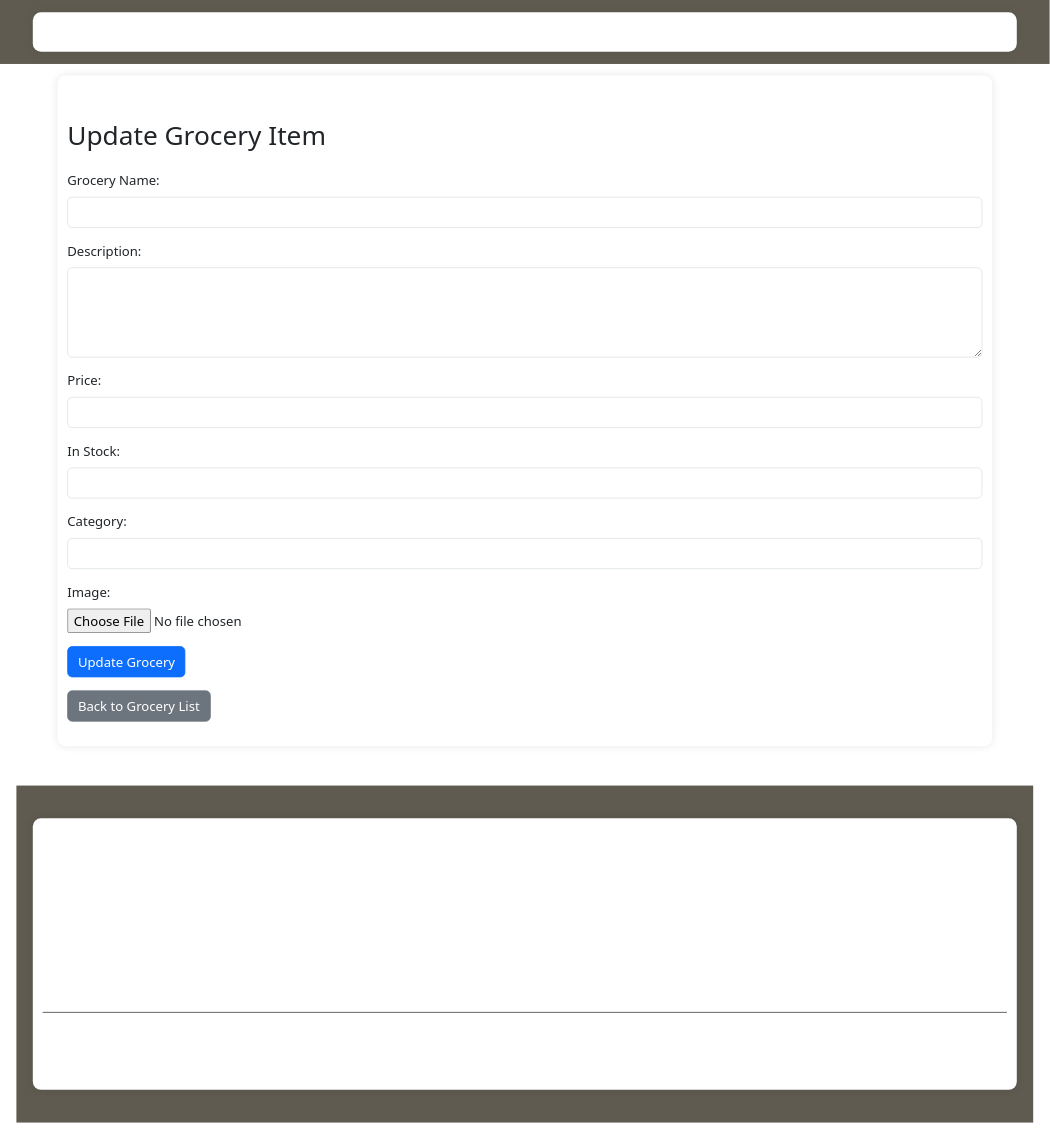
Repository: NagaMounikaY/GroceriesSubscriptionBookingManagement
Page: http://localhost/GroceriesSubBookingSystem/WEB-INF/views/update-grocery.jsp
The author's editor kept a copy of each file at every save. The page is drawn from the files as they stood at one save, then again after the next save.
The browser window is 1280 px wide. The pictures show the whole page, at 82% of full size.
The page is served by Tomcat 9. Nobody is signed in. Other server files are loaded and not shown. The template is opened directly, without the code that normally fills it, so the values that code supplies are empty.

Above is the page before, as saved 2024-09-17 04:58:54.

### GroceriesSubBookingSystem/src/main/webapp/WEB-INF/views/update-grocery.jsp
<%@ page language="java" contentType="text/html; charset=ISO-8859-1"
    pageEncoding="ISO-8859-1" isELIgnored="false"%>
<%@ taglib uri="http://java.sun.com/jsp/jstl/core" prefix="c" %>
<!DOCTYPE html>
<html>
<head>
    <title>Update Grocery</title>
    <link href="https://stackpath.bootstrapcdn.com/bootstrap/4.5.2/css/bootstrap.min.css" rel="stylesheet">
    <style>
        body {
            padding: 20px;
            background-color: #f8f9fa;
        }
        .container {
            background-color: #ffffff;
            padding: 30px;
            border-radius: 10px;
            box-shadow: 0 0 10px rgba(0, 0, 0, 0.1);
        }
        .form-group img {
            max-width: 200px;
            margin-top: 10px;
        }
        .btn-primary {
            background-color: #007bff;
            border-color: #007bff;
        }
        .btn-primary:hover {
            background-color: #0056b3;
            border-color: #004085;
        }
        .btn-secondary {
            background-color: #6c757d;
            border-color: #6c757d;
        }
        .btn-secondary:hover {
            background-color: #5a6268;
            border-color: #545b62;
        }
        .alert-info {
            background-color: #d1ecf1;
            border-color: #bee5eb;
            color: #0c5460;
        }
    </style>
</head>
<body>
<jsp:include page="/sellerHeader.jsp"></jsp:include>
<br><br><br>
    <div class="container">
        <h2 class="my-4">Update Grocery Item</h2>

        <form action="${pageContext.request.contextPath}/groceries/edit" method="post" enctype="multipart/form-data">
            <input type="hidden" name="id" value="${grocery.grocery_id}">
            <div class="form-group">
                <label for="groceryName">Grocery Name:</label>
                <input type="text" class="form-control" id="groceryName" name="groceryName" value="${grocery.groceryName}" required>
            </div>
            <div class="form-group">
                <label for="description">Description:</label>
                <textarea class="form-control" id="description" name="description" rows="4" required>${grocery.description}</textarea>
            </div>
            <div class="form-group">
                <label for="grocery_price">Price:</label>
                <input type="text" class="form-control" id="grocery_price" name="grocery_price" value="${grocery.grocery_price}" required>
            </div>
            <div class="form-group">
                <label for="in_stock">In Stock:</label>
                <input type="number" class="form-control" id="in_stock" name="in_stock" value="${grocery.in_stock}" required>
            </div>
            <div class="form-group">
                <label for="category_id">Category:</label>
                <select class="form-control" id="category_id" name="category_id" required>
                    <c:forEach items="${categories}" var="category">
                        <option value="${category.category_id}" <c:if test="${category.category_id == grocery.category.category_id}">selected</c:if>>${category.category_name}</option>
                    </c:forEach>
                </select>
            </div>
            <div class="form-group">
                <label for="imageURL">Image:</label>
                <input type="file" class="form-control-file" id="imageURL" name="imageURL">
                <c:if test="${not empty grocery.imageURL}">
                    <p>Current Image: <img src="${pageContext.request.contextPath}/uploaded/${grocery.imageURL}" alt="Grocery Image"></p>
                </c:if>
            </div>
            <button type="submit" class="btn btn-primary">Update Grocery</button>
        </form>

        <c:if test="${not empty message}">
            <div class="alert alert-info mt-3">${message}</div>
        </c:if>

        <a href="${pageContext.request.contextPath}/groceries/list" class="btn btn-secondary mt-3">Back to Grocery List</a>
    </div>

    <script src="https://code.jquery.com/jquery-3.5.1.slim.min.js"></script>
    <script src="https://cdn.jsdelivr.net/npm/@popperjs/core@2.9.2/dist/umd/popper.min.js"></script>
    <script src="https://stackpath.bootstrapcdn.com/bootstrap/4.5.2/js/bootstrap.min.js"></script>
    <br><br>
    <jsp:include page="/footer.jsp"></jsp:include>
</body>
</html>

### GroceriesSubBookingSystem/src/main/webapp/sellerHeader.jsp
<%@ page language="java" contentType="text/html; charset=ISO-8859-1"
	pageEncoding="ISO-8859-1" isELIgnored="false"%>
<!DOCTYPE html PUBLIC "-//W3C//DTD HTML 4.01 Transitional//EN" "http://www.w3.org/TR/html4/loose.dtd">
<html>
<head>
<meta http-equiv="Content-Type" content="text/html; charset=ISO-8859-1">
<title>Courier Booking System</title>
<link
	href="https://stackpath.bootstrapcdn.com/bootstrap/5.3.0/css/bootstrap.min.css"
	rel="stylesheet">
<link rel="stylesheet"
	href="https://cdnjs.cloudflare.com/ajax/libs/font-awesome/4.7.0/css/font-awesome.min.css">
<style>
/* Header */
header {
	background:rgba(56, 51, 37, 0.8);
	color: #fff;
	padding: 15px 0;
	position: fixed;
	width: 100%;
	top: 0;
	left: 0;
	z-index: 1000;
}

header .container {
	display: flex;
	justify-content: space-between;
	align-items: center;
	max-width: 1200px;
	margin: 0 auto;
	padding: 0 20px;
}

header .logo {
	font-size: 2em; /* Increased size for the logo */
	font-weight: bold;
}

header nav ul {
	list-style: none;
	display: flex;
	margin: 0;
}

header nav ul li {
	margin-left: 20px;
}

header nav ul li a {
	color: #fff;
	text-decoration: none;
	padding: 10px 15px; /* Increased padding for better click area */
	font-size: 1.2em; /* Increased font size for navigation links */
	border-radius: 5px;
}

header nav ul li a:hover {
	background: #dd4545;
}
</style>
</head>
<body>
	<!-- Header -->
	<header>
	<div class="container">
		<div class="logo">
			Grocery Store
		</div>
		<nav>
		<ul>
			<li><a href="${pageContext.request.contextPath}/home.jsp"><strong>Home</strong></a></li>
			<li><a href="${pageContext.request.contextPath}/groceries/add"><strong>Item</strong></a></li>
			<li><a href="${pageContext.request.contextPath}/groceries/list"><strong>Menu</strong></a></li>
			<li><a
				href="${pageContext.request.contextPath}/subscription/allsubscriptions"><strong>Subscriptions</strong></a></li>
			<li><a href="${pageContext.request.contextPath}/orders/viewOrders"><strong>Orders</strong></a></li>
			<li><a
				href="${pageContext.request.contextPath}/categories/add"><strong>Categories</strong></a></li>

			<li><a href="${pageContext.request.contextPath}/home.jsp"><strong>Logout</strong></a></li>
		</ul>
		</nav>
	</div>
	</header>

	<script src="https://code.jquery.com/jquery-3.5.1.slim.min.js"></script>
	<script
		src="https://cdn.jsdelivr.net/npm/@popperjs/core@2.11.6/dist/umd/popper.min.js"></script>
	<script
		src="https://stackpath.bootstrapcdn.com/bootstrap/5.3.0/js/bootstrap.bundle.min.js"></script>

</body>
</html>

### GroceriesSubBookingSystem/src/main/webapp/footer.jsp
<%@ page language="java" contentType="text/html; charset=ISO-8859-1"
    pageEncoding="ISO-8859-1" isELIgnored="false"%>
<!DOCTYPE html>
<html>
<head>
<meta http-equiv="Content-Type" content="text/html; charset=ISO-8859-1">
<title>Insert title here</title>
<link href="https://stackpath.bootstrapcdn.com/bootstrap/5.3.0/css/bootstrap.min.css" rel="stylesheet">
<link rel="stylesheet" href="https://cdnjs.cloudflare.com/ajax/libs/font-awesome/6.0.0-beta3/css/all.min.css">
<style>
/* Features Section */
.features {
    padding: 60px 20px;
    background: #f9f9f9;
}

.features h2 {
    text-align: center;
    margin-bottom: 40px;
}

.feature-cards {
    display: flex;
    justify-content: space-around;
    flex-wrap: wrap;
}

.feature-card {
    background: #fff;
    border-radius: 8px;
    box-shadow: 0 4px 8px rgba(0,0,0,0.1);
    padding: 20px;
    width: 22%;
    text-align: center;
    margin-bottom: 20px;
}

.feature-card img {
    max-width: 50px;
    margin-bottom: 10px;
}

.feature-card h3 {
    margin: 10px 0;
    font-size: 1.2em;
}

.feature-card p {
    color: #666;
}

/* Footer */
footer {
    background: rgba(56, 51, 37, 0.8);
    color: #fff;
    padding: 40px 20px;
}

footer .container {
    max-width: 1200px;
    margin: 0 auto;
}

.footer-top {
    display: flex;
    justify-content: space-between;
    flex-wrap: wrap;
    margin-bottom: 20px;
}

.footer-top div {
    flex: 1;
    margin: 10px;
}

.footer-top h3 {
    margin-bottom: 15px;
    font-size: 1.2em;
}

.footer-top ul {
    list-style: none;
    padding: 0;
}

.footer-top ul li {
    margin-bottom: 10px;
}

.footer-top ul li a {
    color: #fff;
    text-decoration: none;
}

.footer-top ul li a:hover {
    text-decoration: underline;
}

.footer-contact p,
.footer-social a {
    margin: 5px 0;
}

.footer-social {
    display: flex;
    align-items: center;
}

.footer-social a {
    color: #fff;
    text-decoration: none;
    margin-right: 15px;
    font-size: 1.5em;
}

.footer-social a:hover {
    text-decoration: underline;
}

.footer-newsletter form {
    display: flex;
    justify-content: center;
    margin-top: 10px;
}

.footer-newsletter input {
    padding: 10px;
    border-radius: 5px;
    border: none;
    width: 250px;
    margin-right: 10px;
}

.footer-newsletter button {
    padding: 10px 20px;
    border-radius: 5px;
    border: none;
    background: #007BFF;
    color: #fff;
    font-weight: bold;
    cursor: pointer;
}

.footer-bottom {
    text-align: center;
    padding-top: 20px;
    border-top: 1px solid #444;
}

.footer-bottom p {
    margin: 10px 0;
}
</style>
</head>
<body>
    <!-- Footer -->
    <footer>
        <div class="container">
            <div class="footer-top">
                <div class="footer-links">
                    <h3>Quick Links</h3>
                    <ul>
                        <li><a href="${pageContext.request.contextPath}/home.jsp">Home</a></li>
                        <li><a href="${pageContext.request.contextPath}/services.jsp">Services</a></li>
                        <li><a href="${pageContext.request.contextPath}/contact.jsp">Contact Us</a></li>
                    </ul>
                </div>
                <div class="footer-contact">
                    <h3>Contact Us</h3>
                    <p>Phone: 789054321</p>
                    <p>Email:GroceryStore@gmail.com</p>
                    <p>Address: Bengaluru</p>
                </div>
                <div class="footer-social">
                    <h3>Follow Us:</h3>
                    <br><br>
                    <a href="" class="fab fa-facebook-f"></a>
                    <a href="#" class="fab fa-twitter"></a>
                    <a href="#" class="fab fa-instagram"></a>
                </div>
                <div class="footer-newsletter">
                    <h3>Newsletter</h3>
                    <p>Subscribe to our newsletter for updates and offers.</p>
                    <p>for maintaining and managing the couriers</p>
                </div>
            </div>
            <div class="footer-bottom">
                <p>&copy; 2024 [Grocery Store]. All rights reserved.</p>
            </div>
        </div>
    </footer>
    <!-- Footer -->
</body>
</html>

After the next save:
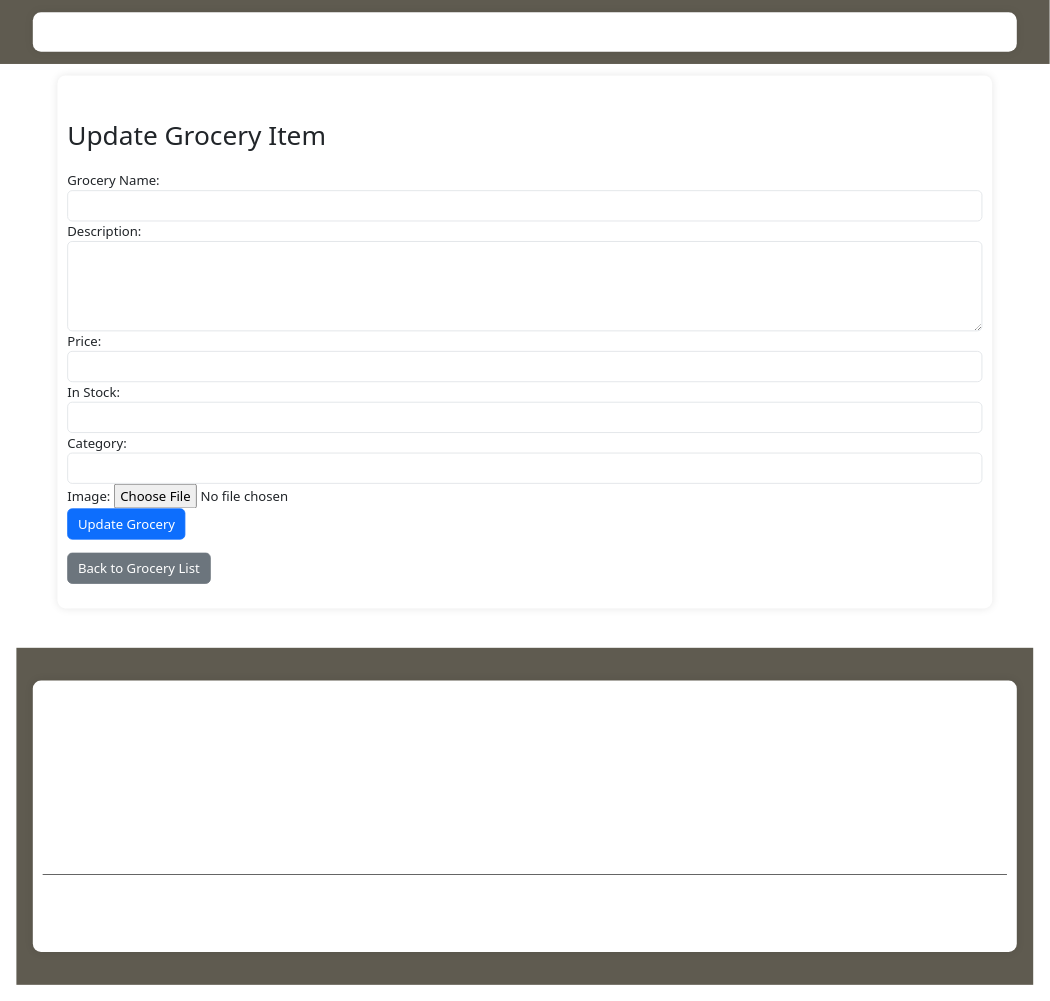
Saved 30 s later.
--- a/GroceriesSubBookingSystem/src/main/webapp/WEB-INF/views/update-grocery.jsp
+++ b/GroceriesSubBookingSystem/src/main/webapp/WEB-INF/views/update-grocery.jsp
@@ -5,7 +5,6 @@
 <html>
 <head>
     <title>Update Grocery</title>
-    <link href="https://stackpath.bootstrapcdn.com/bootstrap/4.5.2/css/bootstrap.min.css" rel="stylesheet">
     <style>
         body {
             padding: 20px;

After the save that followed:
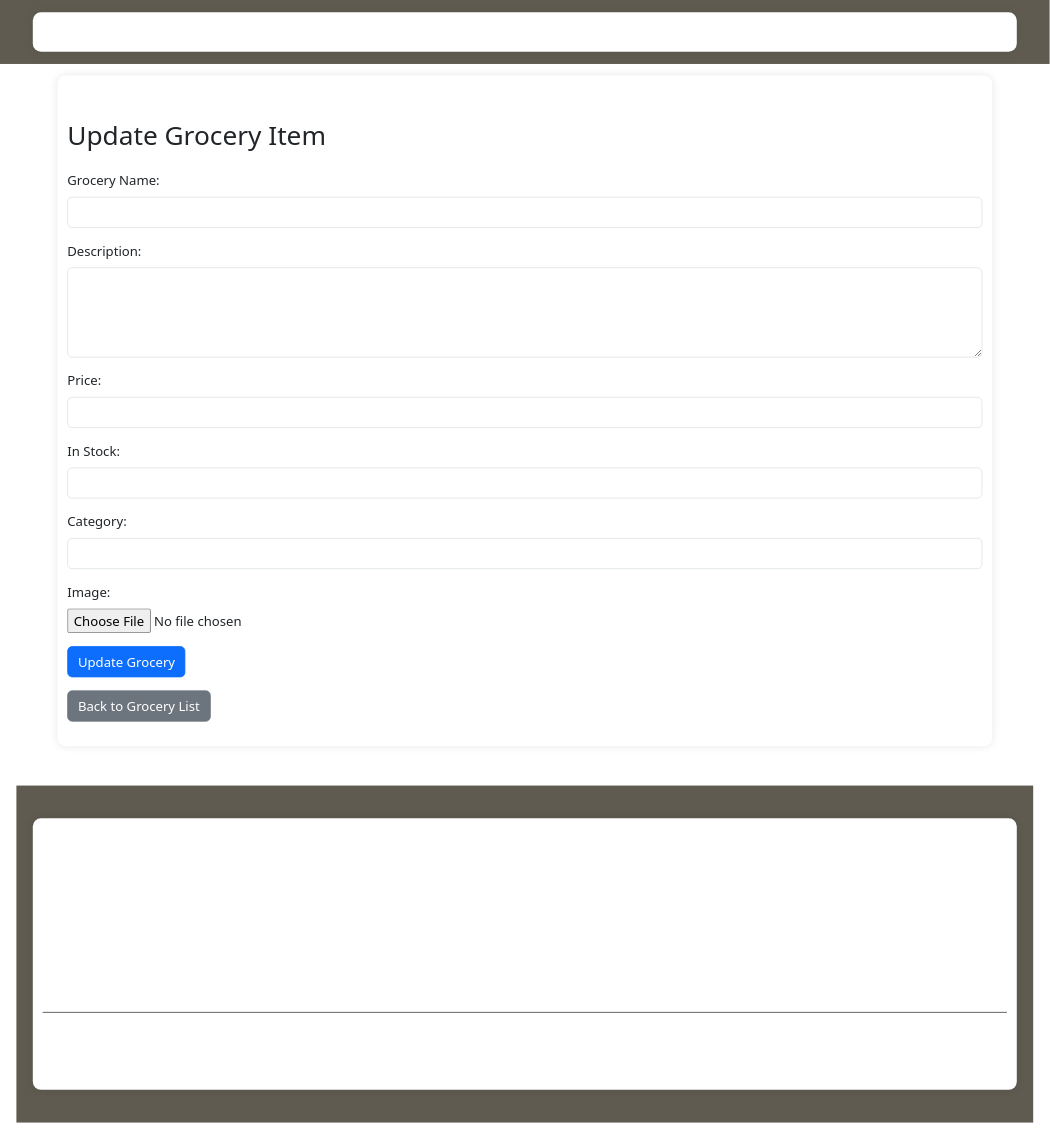
Saved 24 s later.
--- a/GroceriesSubBookingSystem/src/main/webapp/WEB-INF/views/update-grocery.jsp
+++ b/GroceriesSubBookingSystem/src/main/webapp/WEB-INF/views/update-grocery.jsp
@@ -5,6 +5,7 @@
 <html>
 <head>
     <title>Update Grocery</title>
+    <link href="https://stackpath.bootstrapcdn.com/bootstrap/4.5.2/css/bootstrap.min.css" rel="stylesheet">
     <style>
         body {
             padding: 20px;
